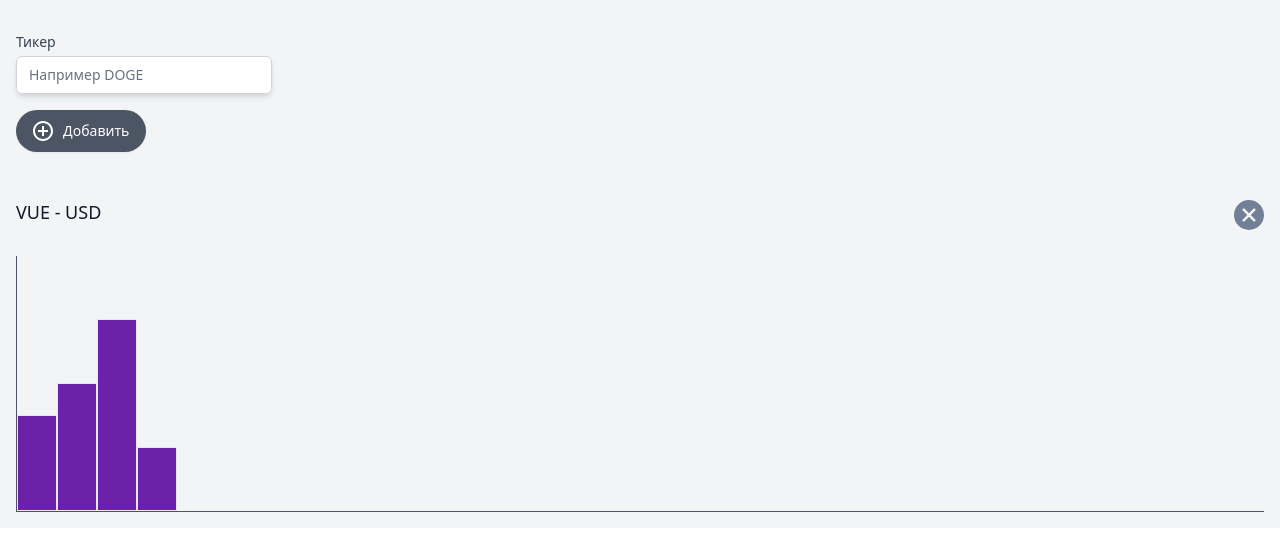
Repository: Alexey2236/cripto
Page: /
An editor plug-in stored every save of this project. The page is shown before and after the next save, followed by the edit.
The browser window is 1280 px wide. The pictures show the whole page.
The project was rebuilt for these pictures with package versions that can differ from the ones it lists, and the page was loaded fresh each time. Also part of the build but not shown: vue.config.js.

Above is the page before, as saved 2022-12-20 23:21:56.

### src/main.js
import { createApp } from "vue";
import App from "./App.vue";
import './assets/tailwind.css'

createApp(App).mount("#app");

### src/App.vue
<template>
  <div class="container mx-auto flex flex-col items-center bg-gray-100 p-4">
    <div class="container">
      <div class="w-full my-4"></div>
      <section>
        <div class="flex">
          <div class="max-w-xs">
            <label for="wallet" class="block text-sm font-medium text-gray-700"
              >Тикер</label
            >
            <div class="mt-1 relative rounded-md shadow-md">
              <input
                v-model="ticker"
                @keydown.enter="add"
                type="text"
                name="wallet"
                id="wallet"
                class="block w-full pr-10 border-gray-300 text-gray-900 focus:outline-none focus:ring-gray-500 focus:border-gray-500 sm:text-sm rounded-md"
                placeholder="Например DOGE"
              />
            </div>
          </div>
        </div>
        <button
          @click="add"
          type="button"
          class="my-4 inline-flex items-center py-2 px-4 border border-transparent shadow-sm text-sm leading-4 font-medium rounded-full text-white bg-gray-600 hover:bg-gray-700 transition-colors duration-300 focus:outline-none focus:ring-2 focus:ring-offset-2 focus:ring-gray-500"
        >
          <!-- Heroicon name: solid/mail -->
          <svg
            class="-ml-0.5 mr-2 h-6 w-6"
            xmlns="http://www.w3.org/2000/svg"
            width="30"
            height="30"
            viewBox="0 0 24 24"
            fill="#ffffff"
          >
            <path
              d="M13 7h-2v4H7v2h4v4h2v-4h4v-2h-4V7zm-1-5C6.48 2 2 6.48 2 12s4.48 10 10 10 10-4.48 10-10S17.52 2 12 2zm0 18c-4.41 0-8-3.59-8-8s3.59-8 8-8 8 3.59 8 8-3.59 8-8 8z"
            ></path>
          </svg>
          Добавить
        </button>
      </section>

      <template v-if="tickers.length">
        <hr class="w-full border-t border-gray-600 my-4" />
        <dl class="mt-5 grid grid-cols-1 gap-5 sm:grid-cols-3">
          <div
            v-for="t in tickers"
            :key="t.name"
            @click="sel = t"
            class="bg-white overflow-hidden shadow rounded-lg border-purple-800 border-solid cursor-pointer"
          >
            <div class="px-4 py-5 sm:p-6 text-center">
              <dt class="text-sm font-medium text-gray-500 truncate">
                {{ t.name }} - USD
              </dt>
              <dd class="mt-1 text-3xl font-semibold text-gray-900">
                {{ t.price }}
              </dd>
            </div>
            <div class="w-full border-t border-gray-200"></div>
            <button
              @click="handleDelete(t)"
              class="flex items-center justify-center font-medium w-full bg-gray-100 px-4 py-4 sm:px-6 text-md text-gray-500 hover:text-gray-600 hover:bg-gray-200 hover:opacity-20 transition-all focus:outline-none"
            >
              <svg
                class="h-5 w-5"
                xmlns="http://www.w3.org/2000/svg"
                viewBox="0 0 20 20"
                fill="#718096"
                aria-hidden="true"
              >
                <path
                  fill-rule="evenodd"
                  d="M9 2a1 1 0 00-.894.553L7.382 4H4a1 1 0 000 2v10a2 2 0 002 2h8a2 2 0 002-2V6a1 1 0 100-2h-3.382l-.724-1.447A1 1 0 0011 2H9zM7 8a1 1 0 012 0v6a1 1 0 11-2 0V8zm5-1a1 1 0 00-1 1v6a1 1 0 102 0V8a1 1 0 00-1-1z"
                  clip-rule="evenodd"
                ></path></svg
              >Удалить
            </button>
          </div>
        </dl>
        <hr class="w-full border-t border-gray-600 my-4" />
      </template>
      <section class="relative">
        <h3 class="text-lg leading-6 font-medium text-gray-900 my-8">
          VUE - USD
        </h3>
        <div class="flex items-end border-gray-600 border-b border-l h-64">
          <div class="bg-purple-800 border w-10 h-24"></div>
          <div class="bg-purple-800 border w-10 h-32"></div>
          <div class="bg-purple-800 border w-10 h-48"></div>
          <div class="bg-purple-800 border w-10 h-16"></div>
        </div>
        <button
          @click="sel = null"
          type="button"
          class="absolute top-0 right-0"
        >
          <svg
            xmlns="http://www.w3.org/2000/svg"
            xmlns:xlink="http://www.w3.org/1999/xlink"
            xmlns:svgjs="http://svgjs.com/svgjs"
            version="1.1"
            width="30"
            height="30"
            x="0"
            y="0"
            viewBox="0 0 511.76 511.76"
            style="enable-background: new 0 0 512 512"
            xml:space="preserve"
          >
            <g>
              <path
                d="M436.896,74.869c-99.84-99.819-262.208-99.819-362.048,0c-99.797,99.819-99.797,262.229,0,362.048    c49.92,49.899,115.477,74.837,181.035,74.837s131.093-24.939,181.013-74.837C536.715,337.099,536.715,174.688,436.896,74.869z     M361.461,331.317c8.341,8.341,8.341,21.824,0,30.165c-4.16,4.16-9.621,6.251-15.083,6.251c-5.461,0-10.923-2.091-15.083-6.251    l-75.413-75.435l-75.392,75.413c-4.181,4.16-9.643,6.251-15.083,6.251c-5.461,0-10.923-2.091-15.083-6.251    c-8.341-8.341-8.341-21.845,0-30.165l75.392-75.413l-75.413-75.413c-8.341-8.341-8.341-21.845,0-30.165    c8.32-8.341,21.824-8.341,30.165,0l75.413,75.413l75.413-75.413c8.341-8.341,21.824-8.341,30.165,0    c8.341,8.32,8.341,21.824,0,30.165l-75.413,75.413L361.461,331.317z"
                fill="#718096"
                data-original="#000000"
              ></path>
            </g>
          </svg>
        </button>
      </section>
    </div>
  </div>
</template>

<script>
export default {
  name: "App",

  data() {
    return {
      ticker: "",
      tickers: [],
      set: null,
    };
  },

  methods: {
    add() {
      if (!this.ticker) {
        return;
      }
      const newTicker = {
        name: this.ticker,
        price: "-",
      };

      this.tickers.push(newTicker);
      this.ticker = "";
    },

    handleDelete(tickerToRemove) {
      this.tickers = this.tickers.filter((t) => t !== tickerToRemove);
    },
  },
};
</script>

<style src="./app.css"></style>

### tailwind.config.js
/** @type {import('tailwindcss').Config} */
module.exports = {
  content: ["./public/**/*.html", "./src/**/*.{vue,js,ts,jsx,tsx}"],
  theme: {
    extend: {},
  },
  plugins: [require("@tailwindcss/forms")],
};

Loaded but not shown: public/index.html (common file); src/assets/tailwind.css (common file); src/app.css (common file)

After the next save:
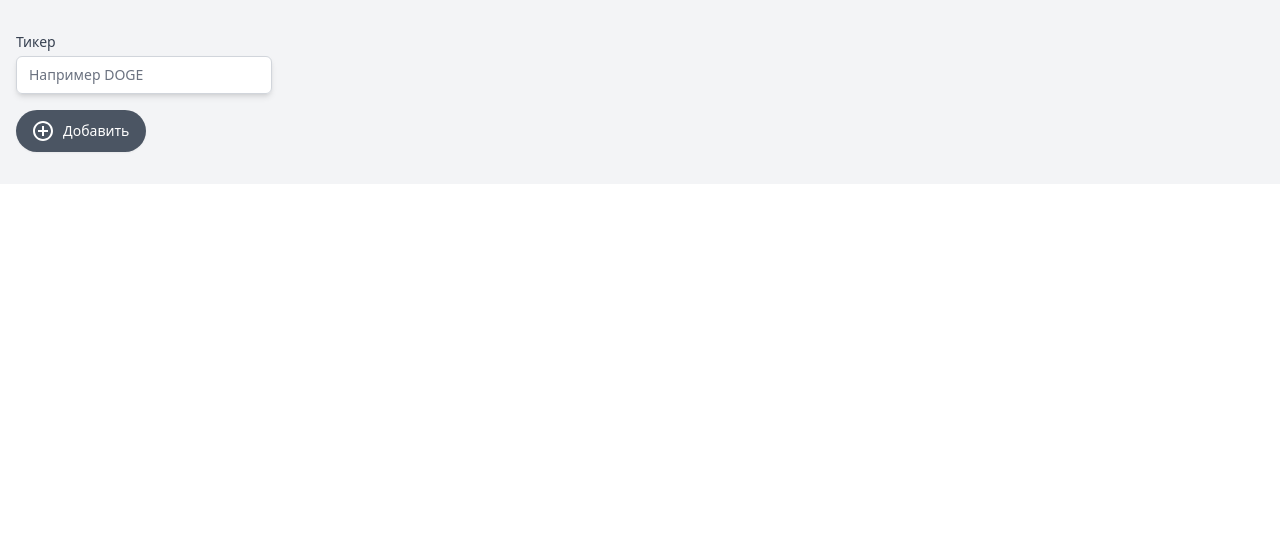
Saved 2 min 46 s later.
--- a/src/App.vue
+++ b/src/App.vue
@@ -83,7 +83,7 @@
         </dl>
         <hr class="w-full border-t border-gray-600 my-4" />
       </template>
-      <section class="relative">
+      <section class="relative" v-if="sel">
         <h3 class="text-lg leading-6 font-medium text-gray-900 my-8">
           VUE - USD
         </h3>
@@ -133,7 +133,7 @@ export default {
     return {
       ticker: "",
       tickers: [],
-      set: null,
+      sel: null,
     };
   },
 
